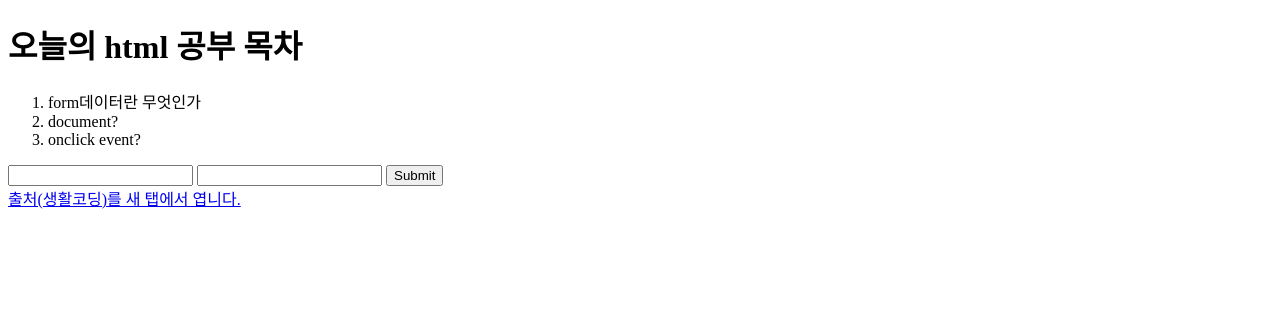
Repository: PareutPareut/frontend
Page: markDowns/study1129.html
An editor plug-in stored every save of this project. The page is shown before and after the next save, followed by the edit.
The browser window is 1280 px wide. The pictures show the whole page.

Above is the page before, as saved 2023-11-29 14:48:28.

### markDowns/study1129.html
<!doctype html>
<html>
    <head>
        <meta charset="utf-8"/>
        <title>html- form, document, onclick event</title>
    </head>
    <body>
        <header>
            <h1>오늘의 html 공부 목차</h1>
        </header>
        <ol>
            <li>form데이터란 무엇인가</li>
            <li>document?</li>
            <li>onclick event?</li>
        </ol>

        <form action="localhost:3000/user" method="post">
            <input type="text" name="id">
            <input type="password" name="pwd">
            <input type="submit">
        </form>


        <script>

        </script>

        <footer>
            <a href="https://opentutorials.org/course/2039/10962" target="_blank">출처(생활코딩)를 새 탭에서 엽니다.</a>
        </footer>


    </body>
</html>

After the next save:
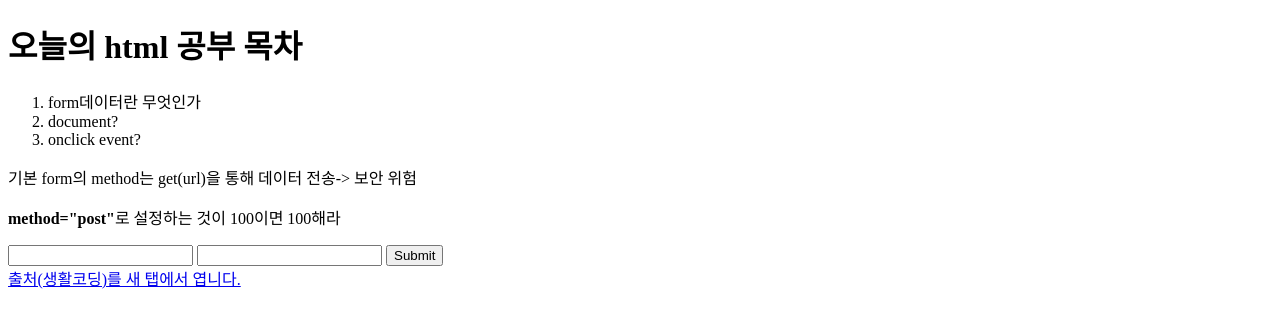
Saved 2 min 8 s later.
--- a/markDowns/study1129.html
+++ b/markDowns/study1129.html
@@ -15,6 +15,8 @@
         </ol>
 
         <form action="localhost:3000/user" method="post">
+            <p>기본 form의 method는 get(url)을 통해 데이터 전송-> 보안 위험</p>
+            <p><strong>method="post"</strong>로 설정하는 것이 100이면 100해라</p>
             <input type="text" name="id">
             <input type="password" name="pwd">
             <input type="submit">
